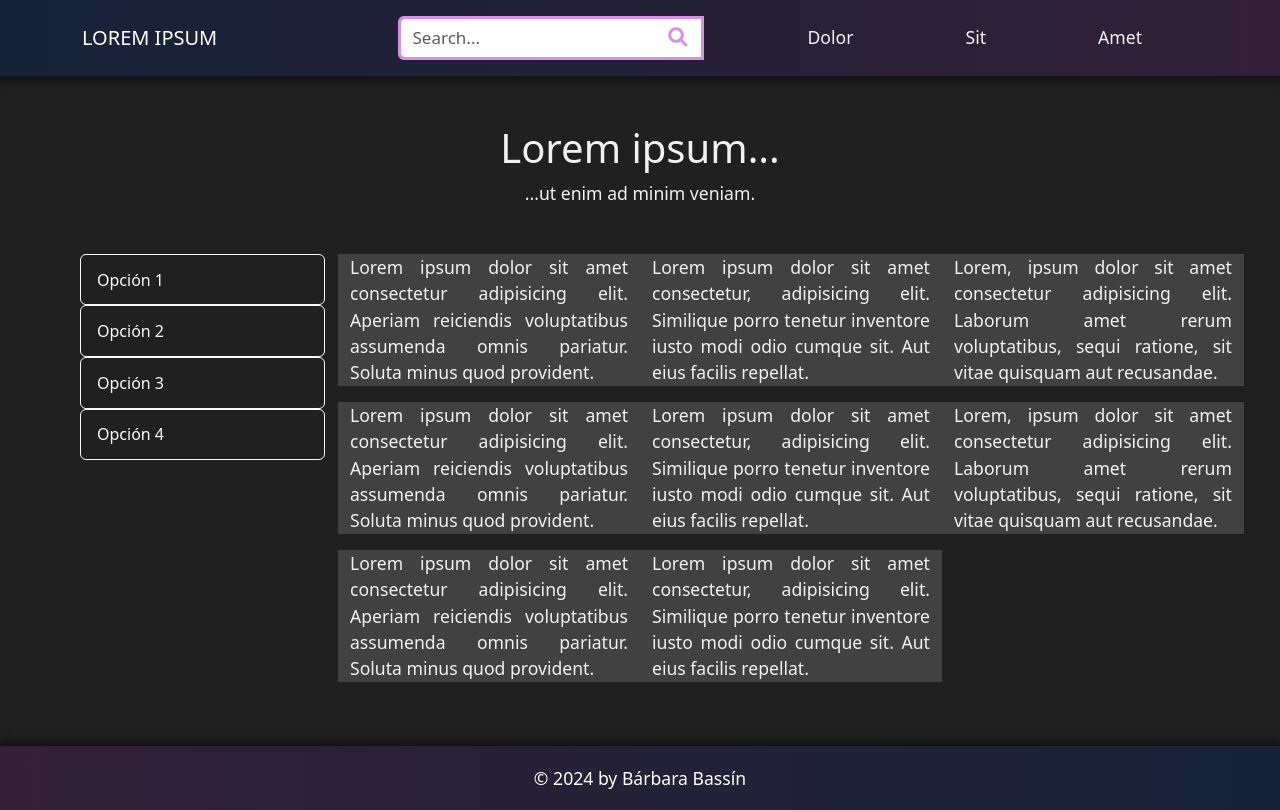
Repository: romancegirl/responsiveness
Page: index.html
The author's editor kept a copy of each file at every save. The page is drawn from the files as they stood at one save, then again after the next save.
The browser window is 1280 px wide. The pictures show the whole page.

Above is the page before, as saved 2024-11-30 02:16:50.

After the next save:
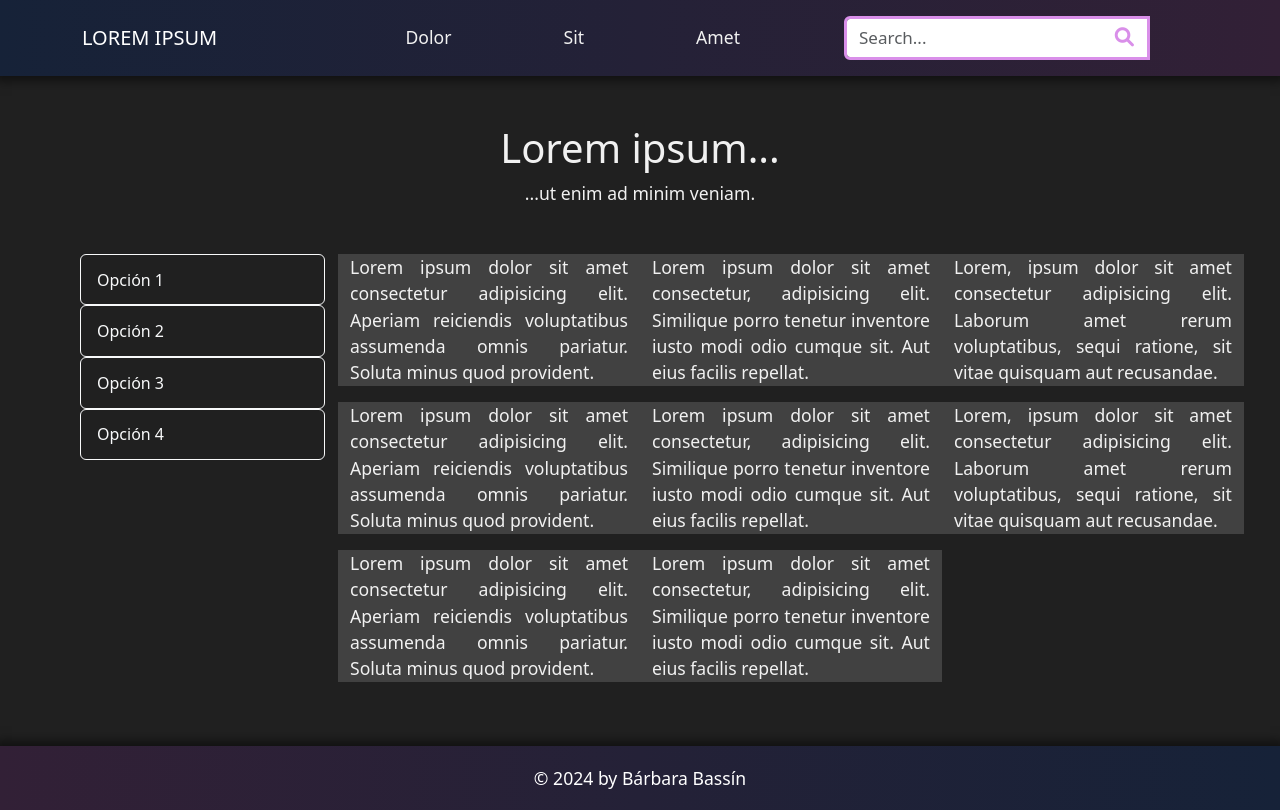
Saved 89 s later.
--- a/index.html
+++ b/index.html
@@ -38,7 +38,7 @@
                                 <li><button type="button" class="dropdown-item">Opción 4</button></li>
                             </ul>
                         </li>
-                        <li class="nav-item order-first">
+                        <li class="nav-item order-first order-lg-last">
                             <div class="search-container">
                                 <form action="/action_page.php">
                                     <div class="input-group">
